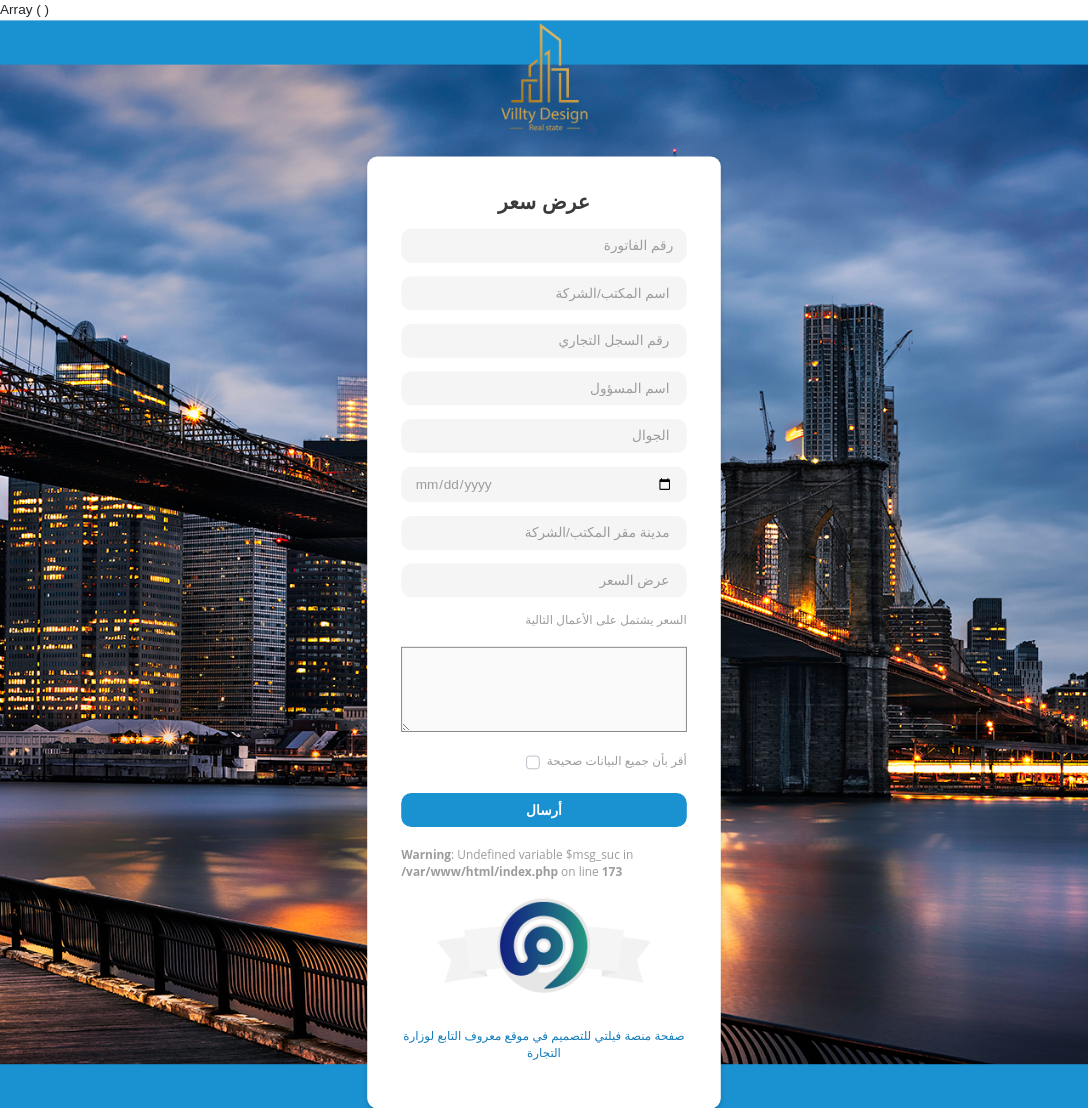
Repository: freejob985/shohragroup_form
Page: http://localhost/
An editor plug-in stored every save of this project. The page is shown before and after the next save, followed by the edit.
The browser window is 1280 px wide. The pictures show the whole page, at 85% of full size.
Some web fonts or font styles are not loaded; a fallback is used. The page is run by PHP 8.4 with error messages shown; the project is at /var/www/html/.

Above is the page before, as saved 2020-11-21 13:46:43.

After the next save:
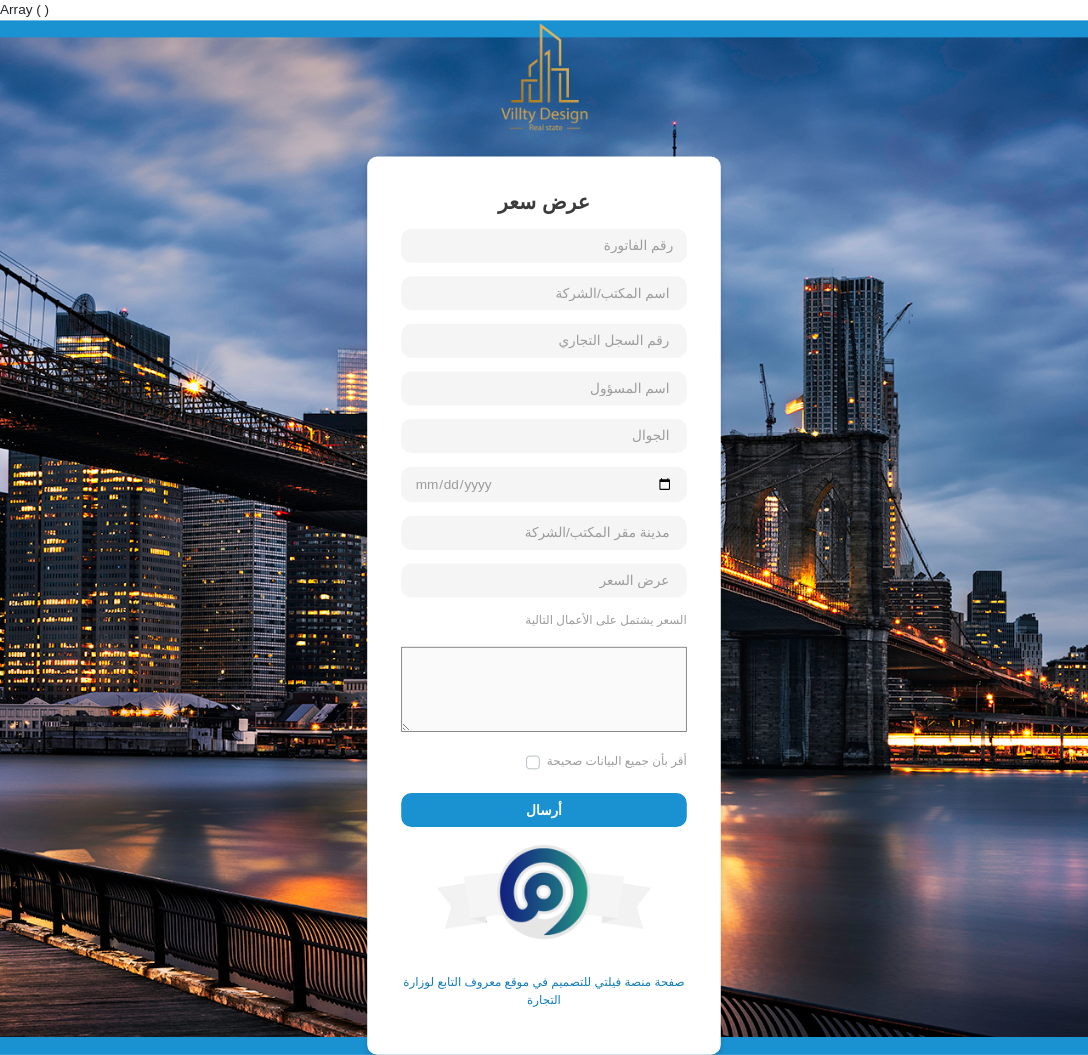
Saved 33 s later.
--- a/index.php
+++ b/index.php
@@ -170,7 +170,7 @@ body,h1,h2,h3,h4,h5,h6,p,a,input,span,label{   font-family: 'Tajawal', sans-seri
                 <button type="sub" class="btn btn-primary btn-block">أرسال</button>
             </div>
             <?php
-            echo $msg_suc;
+             $msg_suc;
             ?>
             <div class="text-center">
 			</br>
